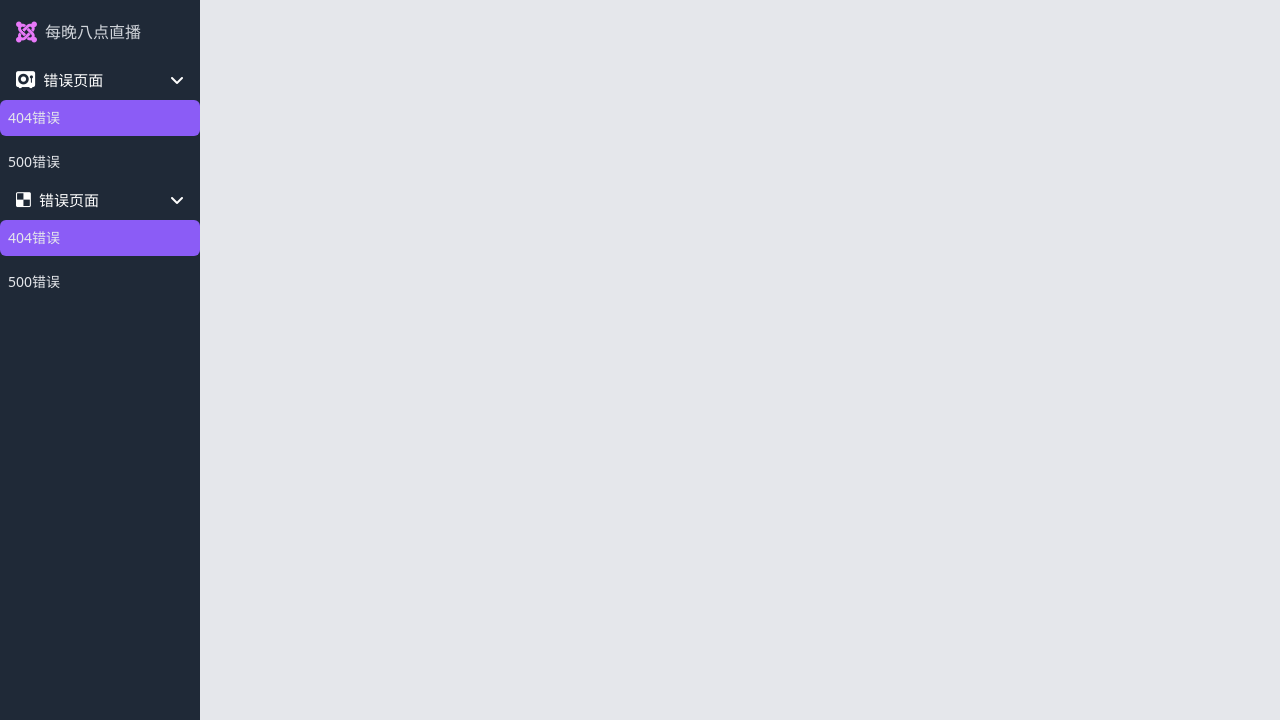
Repository: liangyingbo/vite-vue-TS
Page: /#/admin/home
The author's editor kept a copy of each file at every save. The page is drawn from the files as they stood at one save, then again after the next save.
The browser window is 1280 px wide. The pictures show the whole page.
The project was rebuilt for these pictures with package versions that can differ from the ones it lists, and the page was loaded fresh each time. Also part of the build but not shown: vite.config.ts, src/components/form/HdButton.vue, src/components/form/HdInput.vue, src/components/form/hdLink.vue, src/styles/global.scss.

Above is the page before, as saved 2022-11-18 20:25:31.

After the next save:
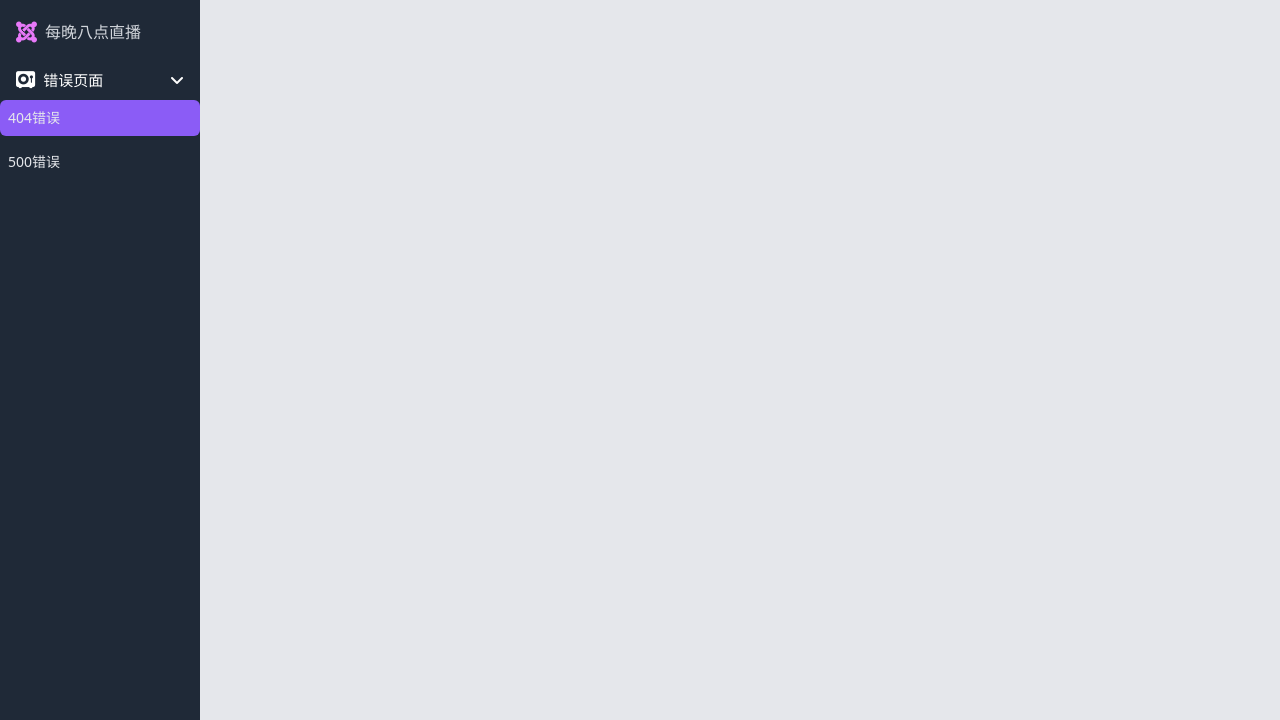
Saved 7 s later.
--- a/src/views/admin/home.vue
+++ b/src/views/admin/home.vue
@@ -21,19 +21,7 @@
                     </dt>
                     <dd class="my-2 px-2 py-2 bg-violet-500  rounded-md text-gray-200 cursor-pointer hover:bg-violet-600 duration-300 text-sm">404错误</dd>
                         <dd class="my-2 px-2 py-2 rounded-md text-gray-200 cursor-pointer hover:bg-violet-600 duration-300 text-sm">500错误</dd>
-                    <dt class="px-4">
-                       <section class="flex justify-between items-center cursor-pointer">
-                        <div>
-                        <i class="fab fa-delicious text-[17px]"></i>
-                        <span class="ml-2 text-[15px]">错误页面</span>
-                        </div>
 
-                        <i class="fas fa-angle-down"></i>
-
-                       </section>
-                         <dd class="my-2 px-2 py-2 bg-violet-500  rounded-md text-gray-200 cursor-pointer hover:bg-violet-600 duration-300 text-sm">404错误</dd>
-                        <dd class="my-2 px-2 py-2 rounded-md text-gray-200 cursor-pointer hover:bg-violet-600 duration-300 text-sm">500错误</dd>
-                    </dt>
                 </dl>
              </div>
         </div>
